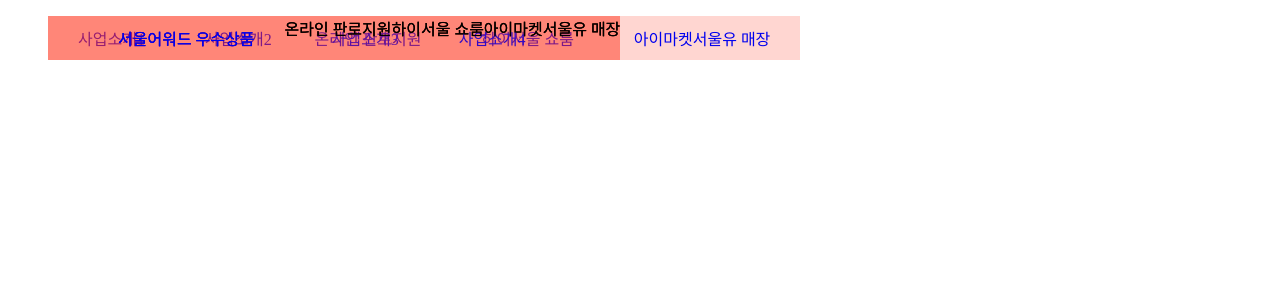
Repository: Ahn-jeong/javabasic
Page: 1.BasicJava/workspace/basic/WebContent/1024/각각메뉴슬라이드.html
The author's editor kept a copy of each file at every save. The page is drawn from the files as they stood at one save, then again after the next save.
The browser window is 1280 px wide. The pictures show the whole page.

Above is the page before, as saved 2019-10-24 05:16:59.

### 1.BasicJava/workspace/basic/WebContent/1024/각각메뉴슬라이드.html
<!DOCTYPE html>
<html>
	<head>
		<meta charset="UTF-8">
		<title>각각 메뉴 슬라이드</title>
		<style>
			ul li{
				list-style: none;
			}
			a {
				text-decoration: none;
			}

			/*메뉴스타일*/

			.dropdown{
				position: relative;
			}
			.dropdown li {
				float : left;
			}
			.dropdown a{
				display: block;
				padding : 10px 30px;
			}

			/*서브메뉴 스타일*/

			.submenu{
				position:absolute;
				margine : 0;
				overflow: hidden;
				background: rgba(100%, 20%, 10%, 0.2);
			}

			.submenu li{
				float : left;
			}

			.submenu li a{

			}
		</style>
	</head>
	<body>
		<nav>
			<ul class = "dropdown">
				<li><a href = "#">사업소개1</a></li>
				<ul class = "submenu">
					<li><a href = "#">서울어워드 우수상품</a></li>
					<li><a href = "#">온라인 판로지원</a></li>
					<li><a href = "#">하이서울 쇼룸</a></li>
					<li><a href = "#">아이마켓서울유 매장</a></li>
				</ul>
			</ul>
			<ul class = "dropdown">
				<li><a href = "#">사업소개2</a></li>
				<ul class = "submenu">
					<li><a href = "#">서울어워드 우수상품</a></li>
					<li>온라인 판로지원</li>
					<li>하이서울 쇼룸</li>
					<li>아이마켓서울유 매장</li>
				</ul>
			</ul>
			<ul class = "dropdown">
				<li><a href = "#">사업소개3</a></li>
				<ul class = "submenu">
					<li><a href = "#">서울어워드 우수상품</a></li>
					<li>온라인 판로지원</li>
					<li>하이서울 쇼룸</li>
					<li>아이마켓서울유 매장</li>
				</ul>
			</ul>
			<ul class = "dropdown">
				<li><a href = "#">사업소개4</a></li>
				<ul class = "submenu">
					<li><a href = "#">서울어워드 우수상품</a></li>
					<li>온라인 판로지원</li>
					<li>하이서울 쇼룸</li>
					<li>아이마켓서울유 매장</li>
				</ul>
			</ul>
		</nav>
	</body>
</html>

After the next save:
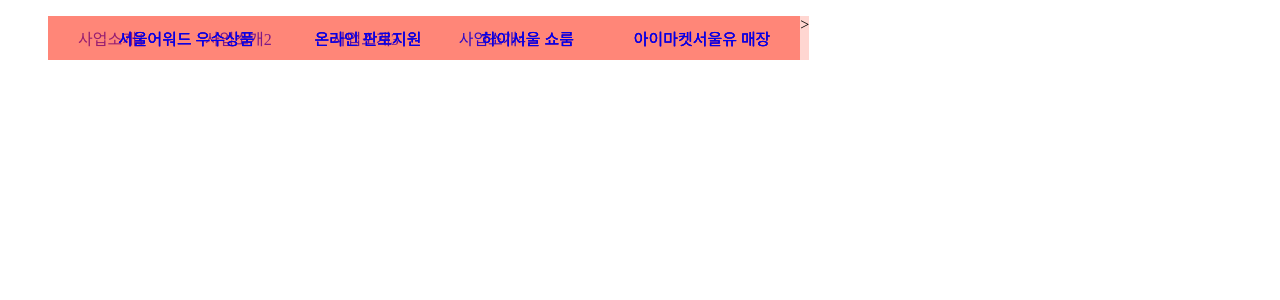
Saved 13 s later.
--- a/1.BasicJava/workspace/basic/WebContent/1024/각각메뉴슬라이드.html
+++ b/1.BasicJava/workspace/basic/WebContent/1024/각각메뉴슬라이드.html
@@ -57,27 +57,27 @@
 				<li><a href = "#">사업소개2</a></li>
 				<ul class = "submenu">
 					<li><a href = "#">서울어워드 우수상품</a></li>
-					<li>온라인 판로지원</li>
-					<li>하이서울 쇼룸</li>
-					<li>아이마켓서울유 매장</li>
+					<li><a href = "#">온라인 판로지원</a></li>
+					<li><a href = "#">하이서울 쇼룸</a></li>
+					<li><a href = "#">아이마켓서울유 매장</a></li>
 				</ul>
 			</ul>
 			<ul class = "dropdown">
 				<li><a href = "#">사업소개3</a></li>
 				<ul class = "submenu">
 					<li><a href = "#">서울어워드 우수상품</a></li>
-					<li>온라인 판로지원</li>
-					<li>하이서울 쇼룸</li>
-					<li>아이마켓서울유 매장</li>
+					<li><a href = "#">온라인 판로지원</a></li>
+					<li><a href = "#">하이서울 쇼룸</a></li>
+					<li><a href = "#">아이마켓서울유 매장</a></li>
 				</ul>
 			</ul>
 			<ul class = "dropdown">
 				<li><a href = "#">사업소개4</a></li>
 				<ul class = "submenu">
 					<li><a href = "#">서울어워드 우수상품</a></li>
-					<li>온라인 판로지원</li>
-					<li>하이서울 쇼룸</li>
-					<li>아이마켓서울유 매장</li>
+					<li><a href = "#">온라인 판로지원</a></li>
+					<li><a href = "#">하이서울 쇼룸</a></li>
+					<li><a href = "#">아이마켓서울유 매장</a></li>>
 				</ul>
 			</ul>
 		</nav>
